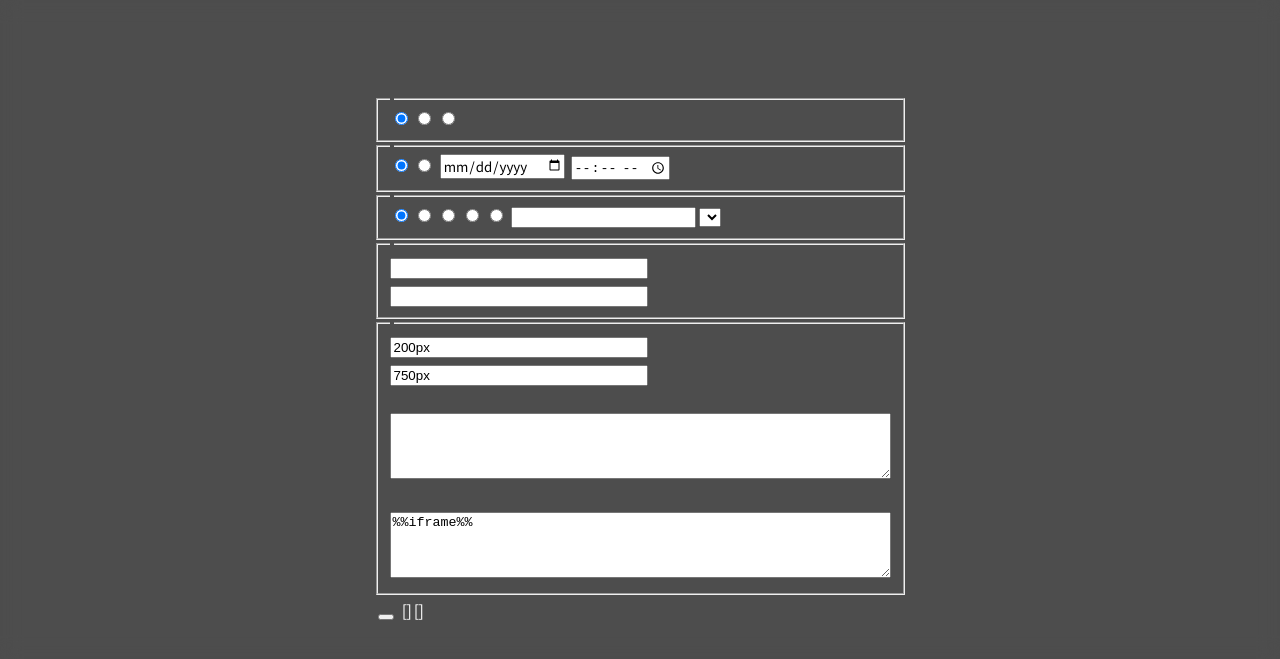
Repository: cirisus/ArknighTimer
Page: timer-selector.html
The author's editor kept a copy of each file at every save. The page is drawn from the files as they stood at one save, then again after the next save.
The browser window is 1280 px wide. The pictures show the whole page.
Some web fonts or font styles are not loaded; a fallback is used.

Above is the page before, as saved 2024-03-08 22:12:14.

After the next save:
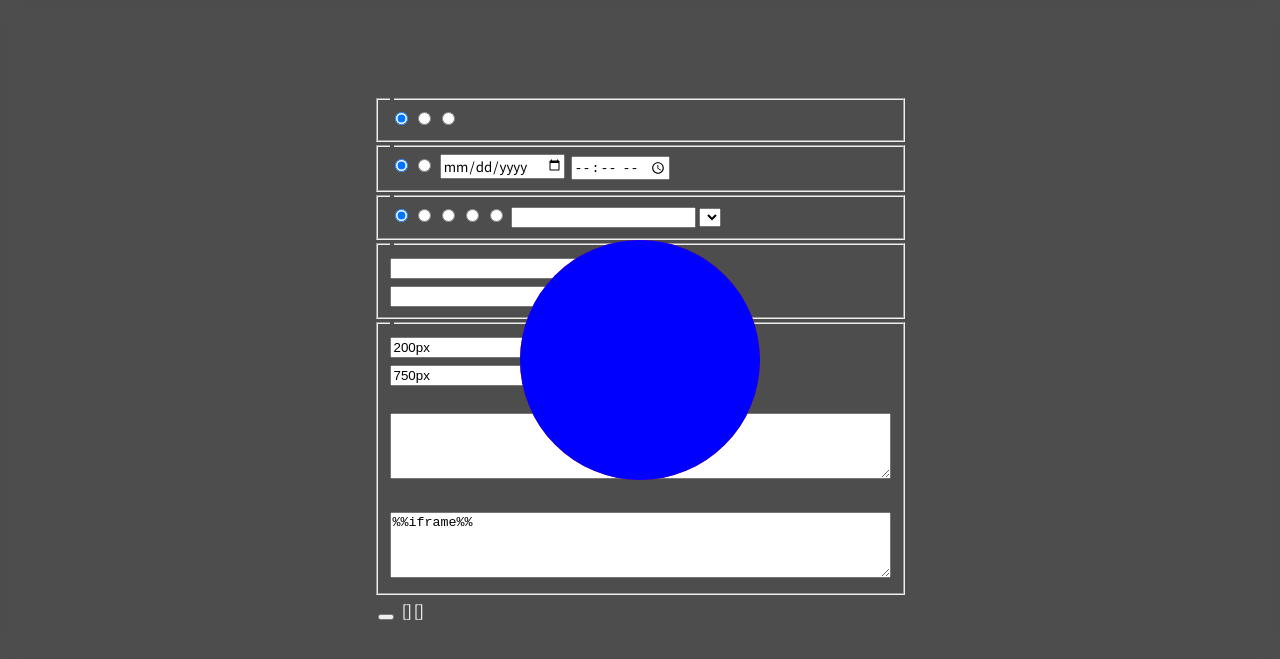
Saved 5 min 40 s later.
--- a/timer-selector.css
+++ b/timer-selector.css
@@ -26,6 +26,7 @@
   }
 }
 #form-container {
+  --size: 15rem;
   display: flex;
   flex-direction: column;
   align-items: center;
@@ -33,7 +34,27 @@
   height: 100vh;
   width: 100vw;
   backdrop-filter: blur(10px);
-
+  position: relative;
+  &::before {
+    content: '';
+    position: absolute;
+    top: calc(50% - var(--size) / 2);
+    left: calc(50% - var(--size) / 2);
+    width: var(--size);
+    height: var(--size);
+    border-radius: 50%;
+    background-color: #f00;
+  }
+  &::after {
+    content: '';
+    position: absolute;
+    top: calc(50% - var(--size) / 2);
+    left: calc(50% - var(--size) / 2);
+    width: var(--size);
+    height: var(--size);
+    border-radius: 50%;
+    background-color: #00f;
+  }
 }
 input[type="date" i] {
   font-family: 'Bender','Noto Sans SC', sans-serif;
